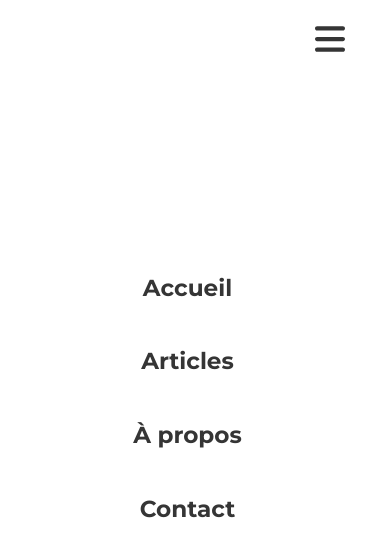
Repository: DorianABDS/Portfolio-ABBADESSA-Dorian
Page: index.html
These files come from the project's save history. The page is drawn as it stood at one moment and after a run of saves; the edit follows.
The browser window is 375 px wide. The pictures show the whole page.

Above is the page before, as saved 2024-11-26 00:13:30.

### index.html
<!DOCTYPE html>
<html lang="fr">
<head>
    <meta charset="UTF-8">
    <meta name="viewport" content="width=device-width, initial-scale=1.0">
    <meta charset="UTF-8">
    <meta name="viewport" content="width=device-width, initial-scale=1.0">
    <meta name="keywords" content="Portfolio, ABBADESSA Dorian, Web developper">
    <title>ABBADESSA Dorian - Portfolio</title>
    <link rel="shortcute icon" href="/src/img/Logo Div.png">
    <link rel="stylesheet" href="style.css">
</head>
<body>
    <header class="header">
        <nav class="navbar">
            <a href="index.html" class="logo">ABBADESSA Dorian</a>
            <div class="nav-links">
                <ul>
                    <li><a href="index.html">Accueil</a></li>
                    <li><a href="articles.html">Articles</a></li>
                    <li><a href="apropos.html">À propos</a></li>
                    <li><a href="contact.html">Contact</a></li>
                </ul>
            </div>
            <img src="/src/img/bars-solid.svg" alt="menu hamburger" class="menu-hamburger">
        </nav>
        <div class="social">
            <a href="#" title="Facebook"><img src="/src/img/icone Github.png" alt=""></a>
            <a href="#" title="Twitter"><img src="src/img/icone Linkedin.png" alt=""></a>
        </div>
    </header>
</body>
<script>
    const menuHamburger = document.querySelector(".menu-hamburger")
    const navLinks = document.querySelector(".nav-links")
    const social = document.querySelector(".social")

    menuHamburger.addEventListener('click',()=>{
    navLinks.classList.toggle('mobile-menu')
    })
</script>
</html>

### style.css
@font-face {
    font-family: "Montserrat";
    src: url(/src/font/Montserrat-VariableFont_wght.ttf);
}

* {
    margin: 0;
    padding: 0;
    text-decoration: none;
    list-style: none;
    box-sizing: border-box;

}

html, body {
    font-size: 19.3px;
    color: rgba(0, 0, 0, .87);
    font-family: "Montserrat", sans-serif;
    line-height: 1.8;
    font-weight: 400;
}

.navbar {
    background: rgb(145, 145, 145);
    backdrop-filter: blur(10px);
    top: 0;
    left: 0;
    height: 76px;
    width: auto;
    position: fixed;
    padding-left: 30px;
    padding-right: 61px;
    width: 100%;
    display: flex;
    justify-content: space-between;
    align-items: center;
    z-index: 1;
}

.navbar a {
    color: #353535;
    font-weight: 700;
    display: inline;
}

.navbar .nav-links ul li a::after {
    content: "";
    display: block;
    height: 2px;
    background: rgb(255, 255, 255);
    transform: scale(0);
    transition: transform 0.2s ease-in-out;
}

.navbar .nav-links ul li a:hover::after {
    transform: scale(1);
}

.navbar .logo {
    transform: none;
    font-weight: 700;
}

.navbar .nav-links ul {
    display: flex;
    align-items: center;
}

.navbar .nav-links ul li {
    display: flex;
    margin: 0 25px;
}

.navbar .nav-links ul li img {
    display: flex;
    padding: -20px;
    margin-left: -23px;
}

.navbar .menu-hamburger {
    display: none;
    position: absolute;
    top: 22px;
    right: 30px;
    width: 30px;
}

.social a {
    border: solid;
}

@media  screen and (max-width: 425px) {
    .navbar .menu-hamburger {
        display: block;
    }

    .navbar {
        padding: 0;
    }

    .navbar .logo {
        position: absolute;
        top: 50px;
        left: 30px;
    }

    .nav-links {
        position: absolute;
        background-color: #fff;
        backdrop-filter: blur(8px);
        top: 0;
        left: 0;
        width: 100%;
        height: 100vh;
        display: flex;
        justify-content: center;
        align-items: center;

    }

    .nav-links ul {
        display: flex;
        flex-direction: column;
        align-items: center;
    }

    .navbar .nav-links ul li {
        margin: 15px 0;
        font-size: 1.2em;
    }
}

### src/img/bars-solid.svg
<svg xmlns="http://www.w3.org/2000/svg" viewBox="0 0 448 512" fill="#353535"><!--!Font Awesome Free 6.7.0 by @fontawesome - https://fontawesome.com License - https://fontawesome.com/license/free Copyright 2024 Fonticons, Inc.--><path d="M0 96C0 78.3 14.3 64 32 64l384 0c17.7 0 32 14.3 32 32s-14.3 32-32 32L32 128C14.3 128 0 113.7 0 96zM0 256c0-17.7 14.3-32 32-32l384 0c17.7 0 32 14.3 32 32s-14.3 32-32 32L32 288c-17.7 0-32-14.3-32-32zM448 416c0 17.7-14.3 32-32 32L32 448c-17.7 0-32-14.3-32-32s14.3-32 32-32l384 0c17.7 0 32 14.3 32 32z"/></svg>

After the next 3 saves:
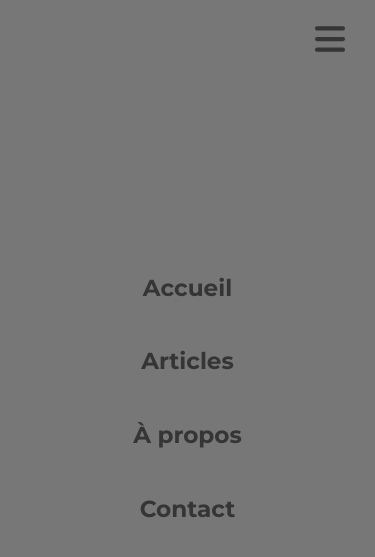
The 3 saves are shown as one change because they came seconds apart.
The last was saved 23 s later.
--- a/style.css
+++ b/style.css
@@ -106,7 +106,7 @@ html, body {
 
     .nav-links {
         position: absolute;
-        background-color: #fff;
+        background-color: #777777;
         backdrop-filter: blur(8px);
         top: 0;
         left: 0;
